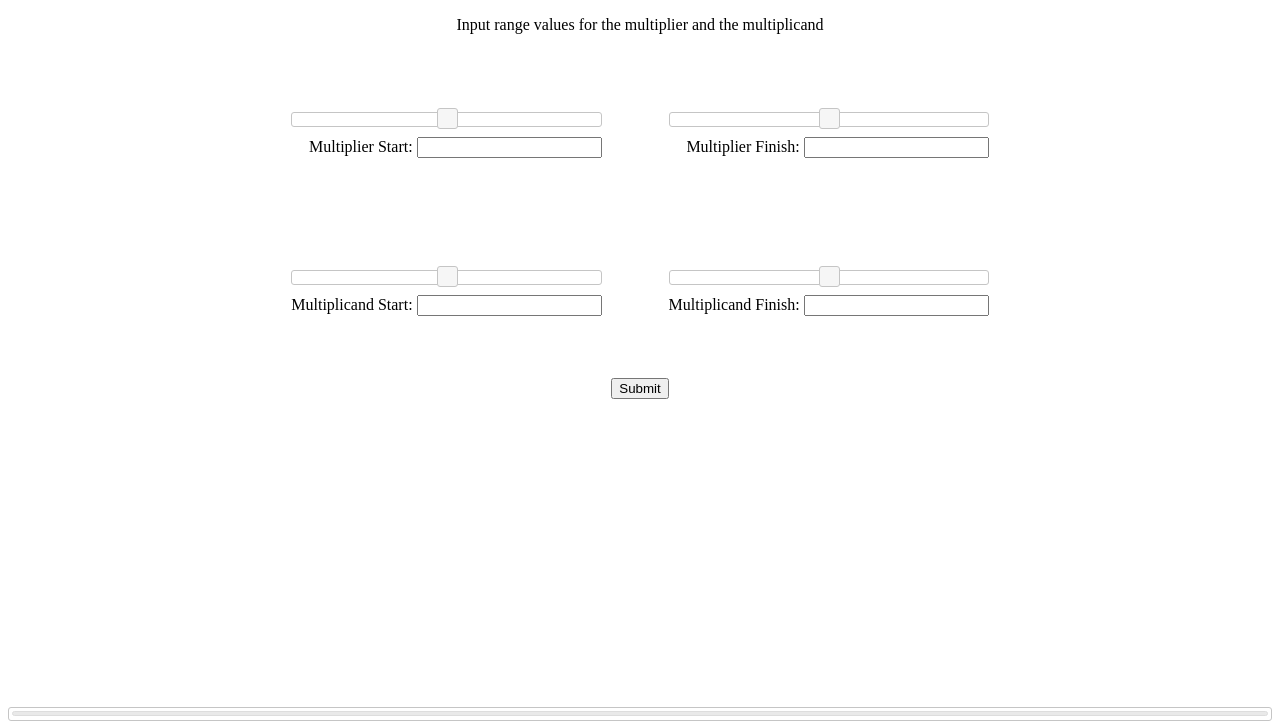
Repository: khrasna/HW4Part2
Page: index.html
These files come from the project's save history. The page is drawn as it stood at one moment and after the next save; the edit follows.
The browser window is 1280 px wide. The pictures show the whole page.
Some web libraries are served in a nearby version.

Above is the page before, as saved 2021-11-15 16:17:32.

### index.html
<!-- HTML file for Assignment 3
By Karsten Hrasna  email Karsten_Hrasna@student.uml.edu-->
<!DOCTYPE html>
<html>

<head>
    <title>Multiplication Table</title>
    <link rel="stylesheet" href="style.css">
    <script type="text/javascript" src="https://ajax.googleapis.com/ajax/libs/jquery/3.5.1/jquery.min.js"></script>
    <script type="text/javascript" src="dist/jquery.validate.min.js"></script>
    <script type="text/javascript" src="formvalidate.js"></script>
    <script type="text/javascript" src="https://ajax.googleapis.com/ajax/libs/jqueryui/1.11.4/jquery-ui.min.js"></script>
    <link rel="stylesheet" href="https://ajax.googleapis.com/ajax/libs/jqueryui/1.11.4/themes/smoothness/jquery-ui.css">
</head>

<body>
    <p>Input range values for the multiplier and the multiplicand</p>
    <div id="container">
        <!-- Learned from W3schools. Creates a form which takes number ranges for multiplier and multiplicand. -->

        <form id="FormInput" action="javascript:void(0);" method="get"> <!--Learned about javascript:void(0) from Dutchie432 at https://stackoverflow.com/questions/1818249/form-with-no-action-and-where-enter-does-not-reload-page-->
            <table>
                <tr>

                    <td class="pad">
                        <div id="slider-1"></div>
                        Multiplier Start: <input input="text" name="MultiplierStart">
                    </td>

                    <td>
                        <div id="slider-2"></div>
                        Multiplier Finish: <input type="text" name="MultiplierFinish">
                    </td>
                </tr>
                <tr>
                    <td class="pad">
                        <div id="slider-3"></div>
                        Multiplicand Start: <input type="text" name="MultiplicandStart">
                    </td>

                    <td>
                        <div id="slider-4"></div>
                        Multiplicand Finish: <input type="text" name="MultiplicandFinish">
                    </td>
                </tr>
            </table>
            <input type="submit" value="Submit"> <!--goes directly under form and processes the input to create a mult table-->
        </form>
    </div>

    <div id="tabs">
        <ul>

        </ul>
    </div>


</body>

</html>

### style.css
/*Created by Karsten Hrasna. email: Karsten_Hrasna@student.uml.edu*/
html,
body {
    height: 97%;
    text-align: center;
}

#slider-1,
#slider-2,
#slider-3,
#slider-4 {
    margin-bottom: 10px;
    margin-top: 10px;
}

div#container {
    display: grid;
    grid-template-columns: 100%;
    /* top row of grid holds the form for input, the rest of page holds the multiplication table*/
    grid-template-rows: minmax(90px, 15%) auto;
    height: 97%;

}

#multTable {
    margin: auto;
    border-collapse: separate;
    border-spacing: 0;
    grid-row: 2;
    /*the dynamically sized multiplication table */
    margin-top: 0px;
    border-bottom: 0px;

}

input[type=submit] {
    /* submit button under form spaced here */
    margin-top: 10px;
    margin-bottom: 0px;
}

#multTable td,
th {
    border: solid;
    border-color: black;
    min-width: 70px;
    font-size: 30px;
    height: 70px;
}


#multTable th {
    position: sticky;
    top: 0px;
    border-right: solid;
    border-right-color: white;
    border-bottom: solid;
    border-bottom-color: white;
    background-color: black;
    color: white;

}

#multTable th:first-child {
    position: sticky;
    top: 70px;
    left: 0;
}


.sticky {
    position: fixed;
    top: 0px;
    /* get the headers to stay fixed on mult table */
    width: 100%;
}

#multTable tr:first-child th:first-child {
    border: none;
    background-color: white;
}

#multTable p.inputError {
    margin: 0px;
}

form {
    grid-row: 1;
    margin-bottom: 0px;
}

table {
    margin-left: auto;
    margin-right: auto;
}

form td {
    text-align: right;
    justify-content: right;
    padding: 50px;

    /*line up the input form textboxes*/
}

form p {
    margin: 0px;
}

td.pad {
    padding-right: 15px;
}

### formvalidate.js
$(function () {
    $("#tabs").tabs();

    $("#slider-1").slider({
        min: -50,                       //initialize the four sliders to set the values of their respective input boxes
        max: 50,
        slide: function (event, ui) {
            $('input[name="MultiplierStart"]').val(ui.value);
        }
    });
    $("#slider-2").slider({
        min: -50,
        max: 50,
        slide: function (event, ui) {
            $('input[name="MultiplierFinish"]').val(ui.value);
        }
    });
    $("#slider-3").slider({
        min: -50,
        max: 50,
        slide: function (event, ui) {
            $('input[name="MultiplicandStart"]').val(ui.value);
        }
    });
    $("#slider-4").slider({
        min: -50,
        max: 50,
        slide: function (event, ui) {
            $('input[name="MultiplicandFinish"]').val(ui.value);
        }
    });

    $('input[name="MultiplierStart"]').on('keyup', function () { //if the input boxes values are changed, set the slider to that value
        $("#slider-1").slider("option", "value", $('input[name="MultiplierStart"]').val());
    });

    $('input[name="MultiplierFinish"]').on('keyup', function () {
        $("#slider-2").slider("option", "value", $('input[name="MultiplierFinish"]').val());
    });

    $('input[name="MultiplicandStart"]').on('keyup', function () {
        $("#slider-3").slider("option", "value", $('input[name="MultiplicandStart"]').val());
    });

    $('input[name="MultiplicandFinish"]').on('keyup', function () {
        $("#slider-4").slider("option", "value", $('input[name="MultiplicandFinish"]').val());
    });


    $.validator.addMethod("less", function (value, element, params) {
        if (params[0].value == "") {
            return true; // dont want it to say that the start has to be greater than finish if no finish given. instead it will say to give finish value in other error
        } else {
            return this.optional(element) || +value <= +params[0].value;

        } //checks to make sure that the starts are less than the finishes, learned from
    });                                                           // https://jqueryvalidation.org/jQuery.validator.addMethod/

    var valid = $('input[value="Submit"]').on("click", function () {
        $("#multTable").remove();

        $("#FormInput").validate({
            onkeyup: false,     //this makes it so the validator doesnt update the error messages whenever new input is typed. only validates when submit is hit.
            onfocusout: false,  //learned about onkeyup, and onfocusout at https://www.sitepoint.com/jquery-validation-validate-form-submit/
            rules: {
                MultiplierStart: {
                    digits: true,
                    less: $('input[name="MultiplierFinish"]'),
                    required: true,
                    range: [-50, 50]
                },
                MultiplierFinish: {
                    required: true,
                    digits: true,
                    range: [-50, 50]
                },

                MultiplicandStart: {
                    digits: true,
                    less: $('input[name="MultiplicandFinish"]'),
                    required: true,
                    range: [-50, 50]
                },

                MultiplicandFinish: {
                    digits: true,
                    required: true,
                    range: [-50, 50]
                }
            },

            messages: {
                MultiplierStart: {
                    digits: "Multiplier Start must be a digit",
                    required: "Multiplier Start must be a digit between -50 and 50",
                    range: "The range of Multiplier Start must stay within -50 and 50",
                    less: "The value of Multiplier Start must be less than or equal to Multiplier Finish."
                },

                MultiplierFinish: {
                    digits: "Multiplier Finish must be a digit",
                    required: "Multiplier Finish must be a digit between -50 and 50",
                    range: "The range of Multiplier Finish must stay within -50 and 50",
                },

                MultiplicandStart: {
                    digits: "Multiplicand Start must be a digit",
                    required: "Multiplicand Start must be a digit between -50 and 50",
                    range: "The range of Multiplicand Start must stay within -50 and 50",
                    less: "The value of Multiplicand Start must be less than or equal to Multiplicand Finish."
                },

                MultiplicandFinish: {
                    digits: "Multiplicand Finish must be a digit",
                    required: "Multiplicand Finish must be a digit between -50 and 50",
                    range: "The range of Multiplicand Finish must stay within -50 and 50",
                }
            },

            errorPlacement: function (error, element) {
                $(error).appendTo($(('#FormInput')));
            },
            errorElement: "p"

        });

        if ($("#FormInput").valid()) {
            process();
        }

    });

});

function process() {
    debugger;
    var multStart = $('input[name="MultiplierStart"]').val();
    var multFinish = $('input[name="MultiplierFinish"]').val();
    var multiplicandStart = $('input[name="MultiplicandStart"]').val();
    var multiplicandFinish = $('input[name="MultiplicandFinish"]').val();

    if (document.getElementById("multTable")) { //remove old table
            var old = document.getElementById("multTable");
            old.remove();
    };

     //clear old table and create a table with size based on input given
    const rowVals = [];
    const colVals = []; //these will hold the values of the multiplier and multiplicand
    var rows = multFinish - multStart;
    var cols = multiplicandFinish - multiplicandStart;
    var tabs = $("#tabs ul li").length + 1; //number of tabs, learned from https://stackoverflow.com/questions/14702631/in-jquery-ui-1-9-how-do-you-create-new-tabs-dynamically
    for (var i = 0; i <= cols; i++) {
        colVals[i] = (+multiplicandStart + +i); //save the values of the numbers being multiplied
    }
    for (var i = 0; i <= rows; i++) {
        rowVals[i] = (+multStart + +i);
    }
    var table = createTable(rows, cols, rowVals, colVals); //create table based on total rows and cols, and top and left are the sets of multipliers and multiplicands
    table.id = "multTable";
    //adds list item to tab list with parameters as title
    $("#tabs ul").append("<li><a href='#tab" + tabs + "'>" + multStart + " " + multFinish + " " + multiplicandStart + " " + multiplicandFinish + "</a></li>");
    $("#tabs").append("<div id='tab" + tabs + "'>" + multStart + " " + multFinish + " " + multiplicandStart + " " + multiplicandFinish + "</div>");
    $("#tab" + tabs).appendTo(table);
    $("#tabs").tabs("refresh");

}

function createTable(rows, cols, rowVals, colVals) {
    var t = document.createElement('table');
    for (var x = 0; x <= rows + 1; x++) { // rows and cols + 1 to indicate ranges of numbers
        var r = document.createElement('tr');
        t.appendChild(r);
        for (var y = 0; y <= cols + 1; y++) {   //creates the cols of the table row by row
            if (y == 0) {
                var c = document.createElement('th'); //create and insert element based on position in table
                c.id = "topHeader";
                if (x != 0) {
                    c.innerHTML = rowVals[x - 1]; // - 1 because it is moved over 1 to the right
                }
            } else if (x == 0) {
                var c = document.createElement('th');
                if (y != 0) {
                    c.innerHTML = colVals[y - 1];
                }
            } else {
                var c = document.createElement('td');
                c.innerHTML = rowVals[x - 1] * colVals[y - 1];
                if (((y % 2) + (x % 2)) == 0 || ((y % 2) + (x % 2)) == 2) { // checker board effect
                    c.style.backgroundColor = "gray";
                }
            }
            r.appendChild(c);
        }
    }
    return t;
}

Loaded but not shown: dist/jquery.validate.min.js (library)

After the next save:
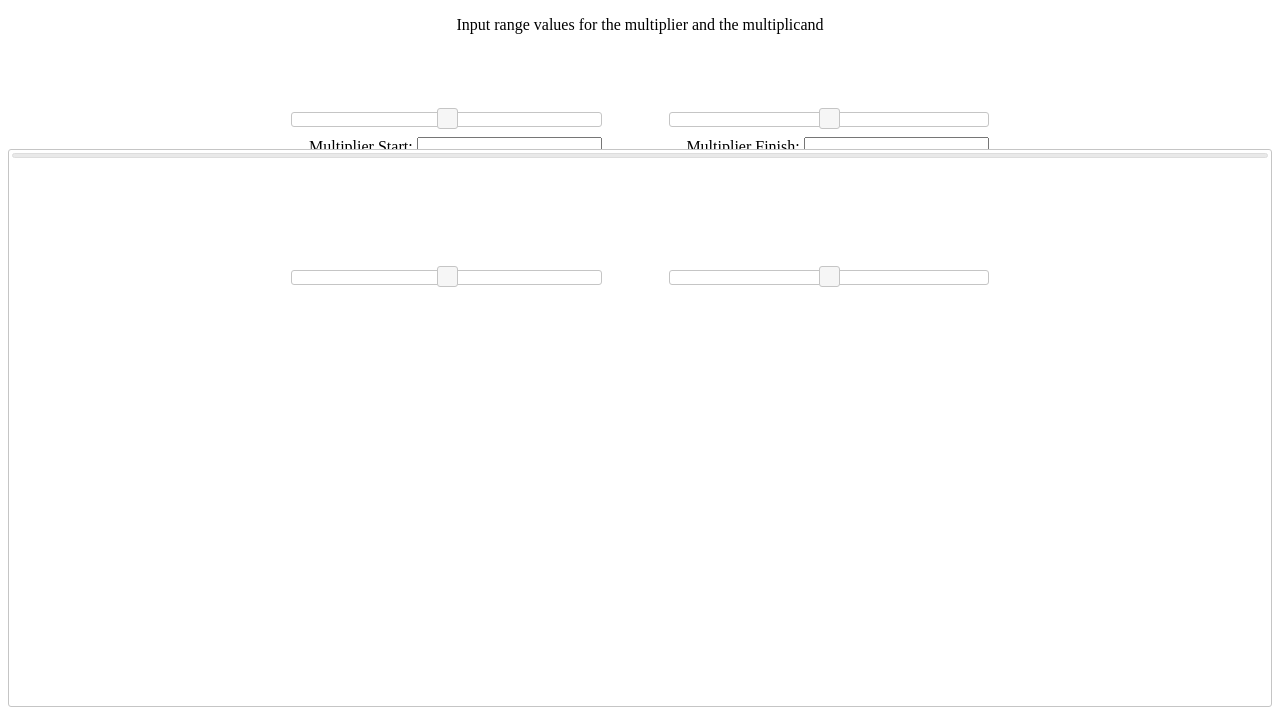
Saved 2 min 10 s later.
--- a/index.html
+++ b/index.html
@@ -17,6 +17,12 @@ By Karsten Hrasna  email Karsten_Hrasna@student.uml.edu-->
     <p>Input range values for the multiplier and the multiplicand</p>
     <div id="container">
         <!-- Learned from W3schools. Creates a form which takes number ranges for multiplier and multiplicand. -->
+
+        <div id="tabs">
+        <ul>
+
+        </ul>
+    </div>
 
         <form id="FormInput" action="javascript:void(0);" method="get"> <!--Learned about javascript:void(0) from Dutchie432 at https://stackoverflow.com/questions/1818249/form-with-no-action-and-where-enter-does-not-reload-page-->
             <table>
@@ -48,12 +54,6 @@ By Karsten Hrasna  email Karsten_Hrasna@student.uml.edu-->
         </form>
     </div>
 
-    <div id="tabs">
-        <ul>
-
-        </ul>
-    </div>
-
 
 </body>
 
